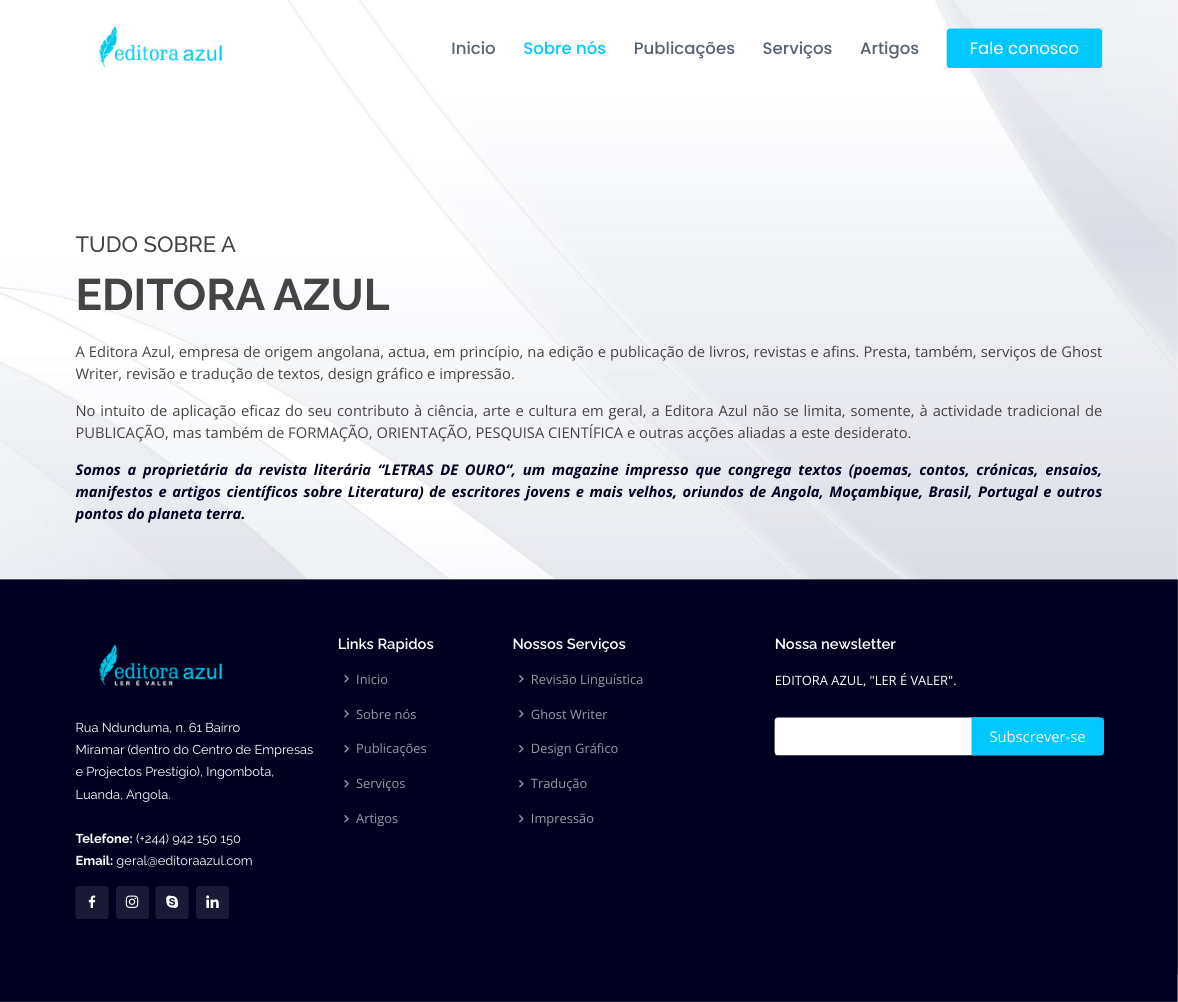
Repository: caioteca/editoraazul
Page: sobre-nos.html
These files come from the project's save history. The page is drawn as it stood at one moment and after the next save; the edit follows.
The browser window is 1280 px wide. The pictures show the whole page, at 92% of full size.

Above is the page before, as saved 2022-11-25 11:25:00.

After the next save:
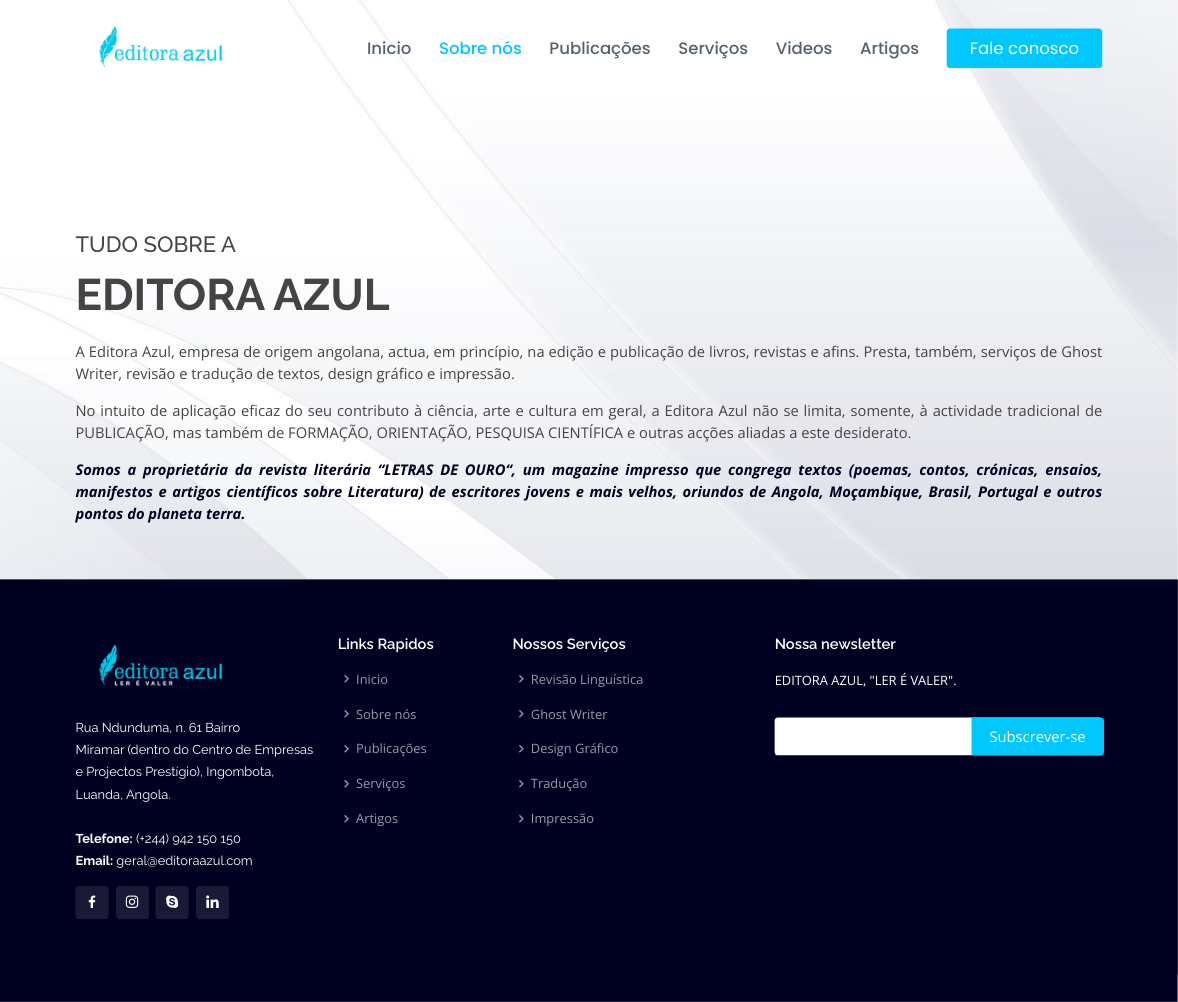
Saved 3 s later.
--- a/sobre-nos.html
+++ b/sobre-nos.html
@@ -83,6 +83,7 @@
             </li> -->
             <li><a href="publicar.html">Publicações</a></li>
             <li><a href="servicos.html">Serviços</a></li>
+            <li><a href="menu-video.html">Videos</a></li>
             <li><a href="artigos.html">Artigos</a></li>
             <li>
               <a href="fale-conosco.html" class="getstarted">Fale conosco</a>
